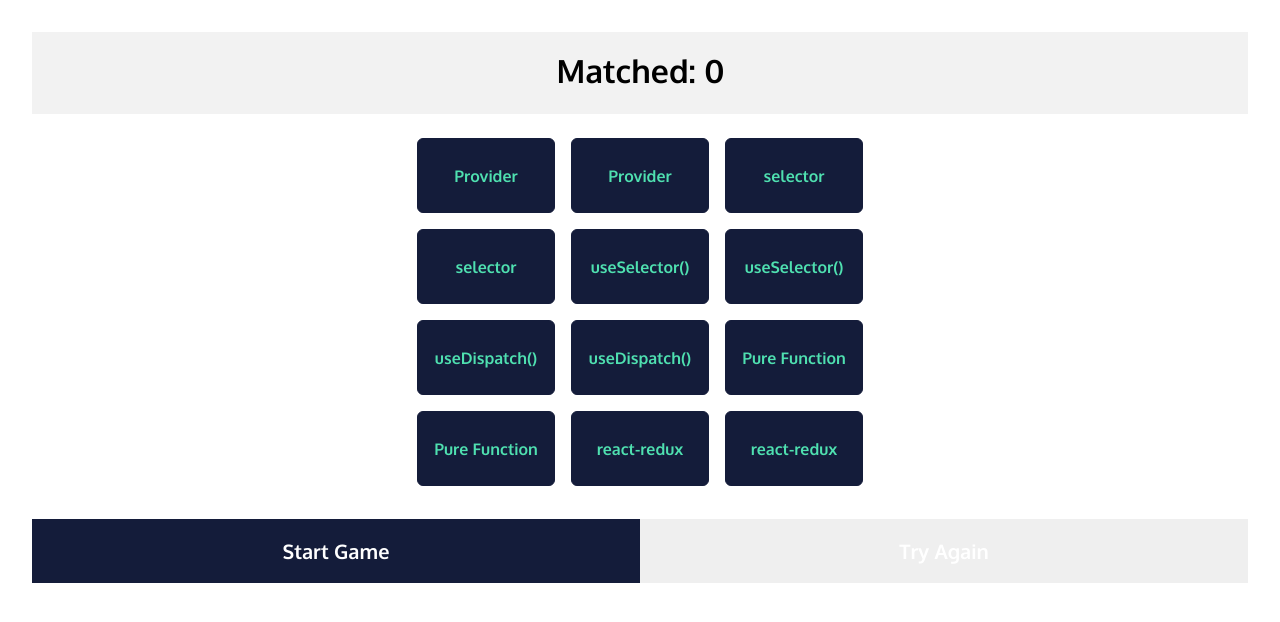
Repository: dnmyers/matching-memory
Page: /
The author's editor kept a copy of each file at every save. The page is drawn from the files as they stood at one save, then again after the next save.
The browser window is 1280 px wide. The pictures show the whole page.
The project was rebuilt for these pictures with package versions that can differ from the ones it lists, and the page was loaded fresh each time. Also part of the build but not shown: vite.config.js.

Above is the page before, as saved 2023-08-24 22:33:14.

### src/main.jsx
import ReactDOM from 'react-dom/client';
import { Provider } from 'react-redux';

import App from './app/App';
import { store } from './app/store.jsx';

import './index.css';

ReactDOM.createRoot(
    document.getElementById('root')
).render(
    <Provider store={store}>
        <App />
    </Provider>,
);

### src/app/App.jsx
import { useDispatch } from 'react-redux';

import { Score } from '../features/score/Score.jsx';
import { Board } from '../features/board/Board.jsx';

import { setBoard, resetCards } from '../features/board/boardSlice.jsx';

import './App.css';

const App = () => {
    const dispatch = useDispatch();

    const startGameHandler = () => {
        dispatch(setBoard());
    };

    const tryAgainHandler = () => {
        dispatch(resetCards());
    };

    return (
        <div className="App">
            <Score />
            <Board />
            <footer className="footer">
                <button onClick={startGameHandler} className="start-button">
                    Start Game
                </button>
                <button onClick={tryAgainHandler} className="try-again-button">
                    Try Again
                </button>
            </footer>
        </div>
    );
};

export default App;

### src/app/store.jsx
import { configureStore } from '@reduxjs/toolkit';

import { boardReducer } from '../features/board/boardSlice';


export const store = configureStore({
    reducer: {
        board: boardReducer
    }
});

### src/index.css
@import url("https://fonts.googleapis.com/css2?family=Oxygen:wght@700&display=swap");

html,
body {
    margin: 0;
}

* {
    font-family: "Oxygen", sans-serif;
    font-weight: bold;
}

.card {
    padding: 20px 0;
    text-align: center;
    border-radius: 6px;
    border: solid 1px #141c3a;
    background-color: #141c3a;
    color: white;
    cursor: pointer;
    height: 75px;
    font-size: 16px;
}

.card:hover,
.card:focus {
    background-color: #2e4085;
    transition: all 0.3s ease-in-out;
}

.cards-container {
    display: grid;
    grid-template-columns: repeat(3, 138px);
    grid-auto-rows: 1fr;
    gap: 16px 16px;
    margin: 0 auto;
    width: fit-content;
    padding: 24px 0 33px 0;
}

.card.selected {
    background-color: initial;
    color: #141c3a;
    border: solid 1px #141c3a;
}

.card.matched {
    color: #4fe0b0;
}

.card.no-match {
    color: #fd4d3f;
}

.logo-placeholder {
    width: 120px;
}

.score-container {
    background-color: #f2f2f2;
    padding: 18px 158px 23px 159px;
    text-align: center;
    font-size: 32px;
}

.footer > button {
    width: 50%;
    padding: 19px 40px 19px 40px;
    font-size: 20px;
    border: none;
    color: #ffffff;
    cursor: pointer;
}

.start-button {
    background-color: #141c3a;
}

.start-button:hover,
.start-button:focus {
    background-color: #2c3f81;
    transition: all 0.3s ease-in-out;
}

.try-new-pair-button {
    background-color: #6400e4;
}

.try-new-pair-button:hover,
.try-new-pair-button:focus {
    background-color: #7d1aff;
    transition: all 0.3s ease-in-out;
}

### src/features/score/Score.jsx
import { useSelector } from 'react-redux';

import { selectMatchedIDs } from '../board/boardSlice';

export const Score = () => {
    return (
        <div className="score-container">Matched: 0</div>
    );
};

### src/features/board/Board.jsx
import { useSelector } from 'react-redux';

import { CardRow } from './cardRow/CardRow.jsx';
import { selectBoard } from './boardSlice.jsx';

export const Board = () => {
    const currentBoard = useSelector(selectBoard);

    const numberOfCards = currentBoard.length;
    const columns = 3;
    const rows = Math.floor(numberOfCards / columns);

    // Utility Function
    const getRowCards = (row) => {
        const rowCards = [];

        for (let j = 0; j < columns; j++) {
            const cardIndex = row * columns + j;

            rowCards.push(currentBoard[cardIndex]);
        }

        return rowCards;
    };

    let content = [];
    for (let row = 0; row < rows; row++) {
        const rowCards = getRowCards(row);

        content.push(
            <CardRow
                key={row}
                cards={rowCards}
            />
        );
    }

    return <div className="cards-container">{content}</div>;
};

### src/features/board/boardSlice.jsx
/* eslint-disable no-unused-vars */
const initialState = [
    { id: 0, contents: 'Provider', visible: true, matched: true },
    { id: 1, contents: 'Provider', visible: true, matched: true },
    { id: 2, contents: 'selector', visible: true, matched: true },
    { id: 3, contents: 'selector', visible: true, matched: true },
    { id: 4, contents: 'useSelector()', visible: true, matched: true },
    { id: 5, contents: 'useSelector()', visible: true, matched: true },
    { id: 6, contents: 'useDispatch()', visible: true, matched: true },
    { id: 7, contents: 'useDispatch()', visible: true, matched: true },
    { id: 8, contents: 'Pure Function', visible: true, matched: true },
    { id: 9, contents: 'Pure Function', visible: true, matched: true },
    { id: 10, contents: 'react-redux', visible: true, matched: true },
    { id: 11, contents: 'react-redux', visible: true, matched: true },
];

export const boardReducer = (state = initialState, action) => {
    switch (action.type) {
        case 'board/setBoard': {
            let setState = [];
            action.payload.forEach((element, index) =>
                setState.push({
                    id: index,
                    contents: element,
                    visible: false,
                    matched: false
                })
            );

            return setState;
        }
        case 'board/flipCard': {
            let flipState = [...state];
            const cardID = action.payload;
            flipState[cardID] = { ...state[cardID], visible: true };

            const [index1, index2] = flipState
                .filter(card => card.visible)
                .map(card => card.id);
            if (index2 !== undefined) {
                const card1 = flipState[index1];
                const card2 = flipState[index2];
                if (card1.contents === card2.contents) {
                    flipState[index1] = { ...card1, visible: false, matched: true };
                    flipState[index2] = { ...card2, visible: false, matched: true };
                }
            }

            return flipState;
        }
        case 'board/resetCards':
            return state.map(card => ({ ...card, visible: false }));
        default:
            return state;
    }
}

const wordPairs = [
    'Provider', 'Provider',
    'selector', 'selector',
    'useSelector()', 'useSelector()',
    'useDispatch()', 'useDispatch()',
    'Pure Function', 'Pure Function',
    'react-redux', 'react-redux',
]

const randomWords = () => {
    let words = [];
    let newWordPairs = [...wordPairs];
    const reps = newWordPairs.length;
    for (let i = 0; i < reps; i++) {
        const wordIndex = Math.floor(Math.random() * newWordPairs.length);
        words.push(newWordPairs[wordIndex])
        newWordPairs.splice(wordIndex, 1)
    }

    return words;
}

// action creators
export const setBoard = () => {
    const words = randomWords();
    return {
        type: 'board/setBoard',
        payload: words
    }
}

export const flipCard = (id) => {
    return {
        type: 'board/flipCard',
        payload: id
    }
}

export const resetCards = (_indices) => {
    return {
        type: 'board/resetCards'
    }
}

// Add selector export statements below
export const selectBoard = state => {
    return state.board.map(
        card => ({
            id: card.id,
            contents: card.contents
        })
    );
};

export const selectVisibleIDs = state => {
    return state.board.filter(
        card => card.visible
    ).map(
        card => card.id
    );
};

export const selectMatchedIDs = state => {
    return state.board.filter(
        card => card.matched
    ).map(
        card => card.id
    );
};

### src/features/board/cardRow/CardRow.jsx
/* eslint-disable react/prop-types */
import { Card } from './card/Card.jsx';

export const CardRow = ({ cards }) => {
    const content = cards.map(card =>
        <Card
            key={card.id}
            id={card.id}
            contents={card.contents}
        />)

    return <>{content}</>;
};

### src/features/board/cardRow/card/Card.jsx
/* eslint-disable react/prop-types */
import { useSelector, useDispatch } from 'react-redux';

import { selectVisibleIDs, flipCard, selectMatchedIDs } from '../../boardSlice';

let cardLogo = "https://static-assets.codecademy.com/Courses/Learn-Redux/matching-game/codecademy_logo.png";

export const Card = ({ id, contents }) => {
    const visibleIDs = useSelector(selectVisibleIDs);
    const matchedIDs = useSelector(selectMatchedIDs);
    const dispatch = useDispatch();


    // flip card action
    const flipHandler = (id) => {
        // Add action dispatch below
        dispatch(flipCard(id));
    };

    let cardStyle = 'resting'
    let click = () => flipHandler(id);

    let cardText = (
        <img src={cardLogo} className="logo-placeholder" alt="Card option" />
    );

    // 1st if statement
    // implement card id array membership check
    if (visibleIDs.includes(id) || matchedIDs.includes(id)) {
        cardText = contents;
        click = () => { };
    }

    // 2nd if statement
    // implement card id array membership check
    if (matchedIDs.includes(id)) {
        cardStyle = 'matched';
    }

    // 3rd if statement
    // implement number of flipped cards check
    if (visibleIDs.length === 2) {
        click = () => { };
    }
    return (
        <button onClick={click} className={`card ${cardStyle}`}>
            {cardText}
        </button>
    );
};

Loaded but not shown: index.html (common file); src/app/App.css (common file)

After the next save:
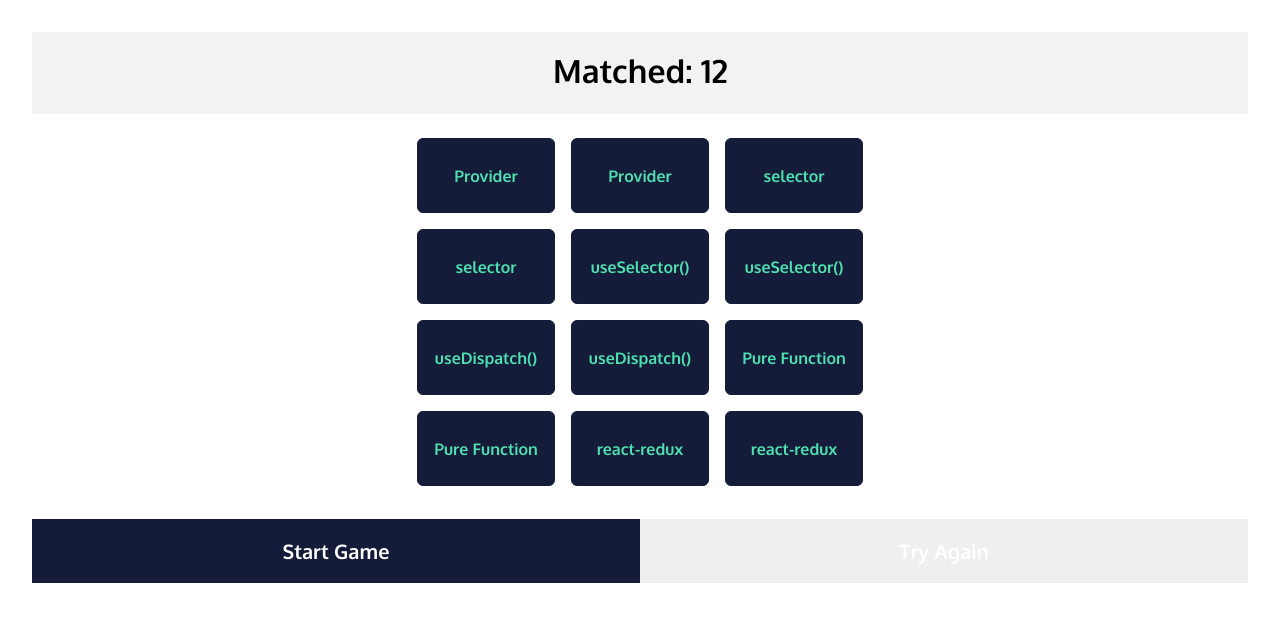
Saved 2 min 28 s later.
--- a/src/features/score/Score.jsx
+++ b/src/features/score/Score.jsx
@@ -3,7 +3,9 @@ import { useSelector } from 'react-redux';
 import { selectMatchedIDs } from '../board/boardSlice';
 
 export const Score = () => {
+    const cardsMatched = useSelector(selectMatchedIDs);
+
     return (
-        <div className="score-container">Matched: 0</div>
+        <div className="score-container">Matched: {cardsMatched.length}</div>
     );
 };
